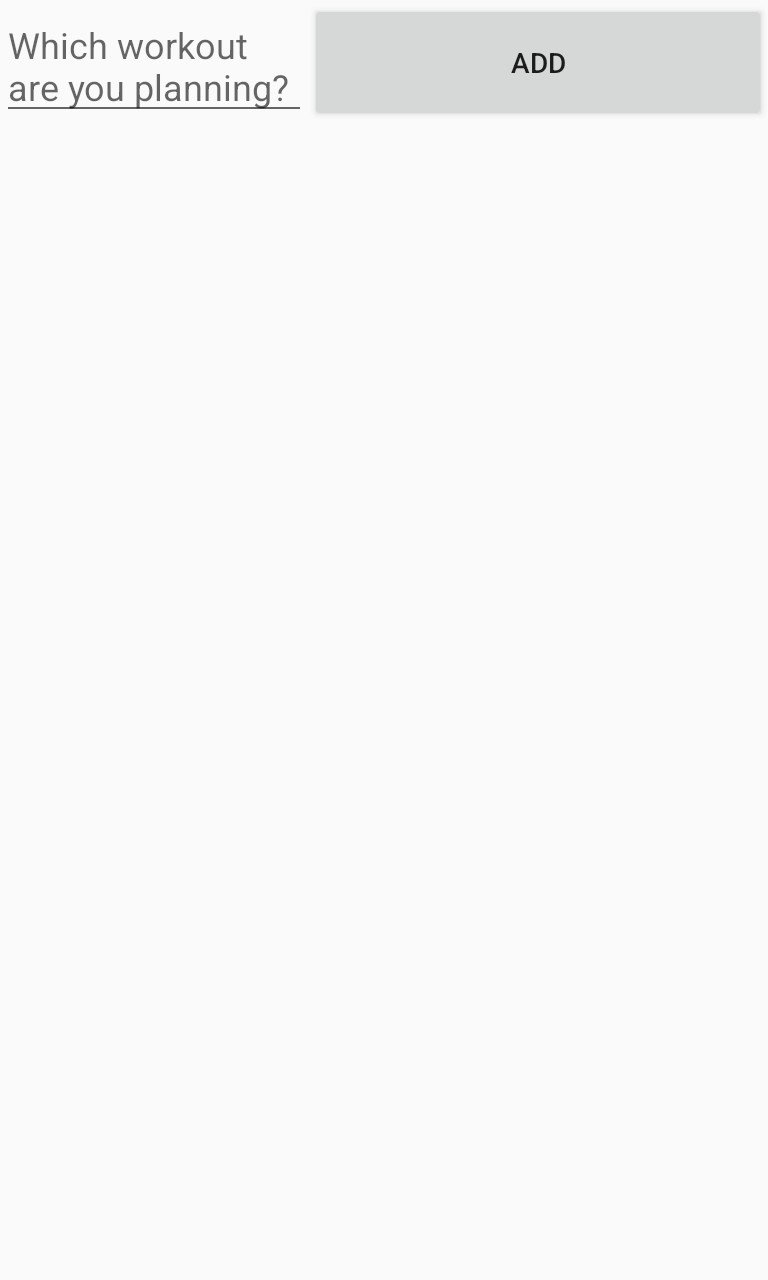
Repository: apoorvelec/AndroidApps
Layout: Gymdroid/res/layout/activity_monday.xml
An editor plug-in stored every save of this project. The layout is shown before and after the next save, followed by the edit.
It is drawn on a 768 x 1280 px phone screen (xhdpi) without system bars, with theme AppTheme; the app's code is not run.

Above is the layout before, as saved 2016-07-16 23:49:22.

After the next save:
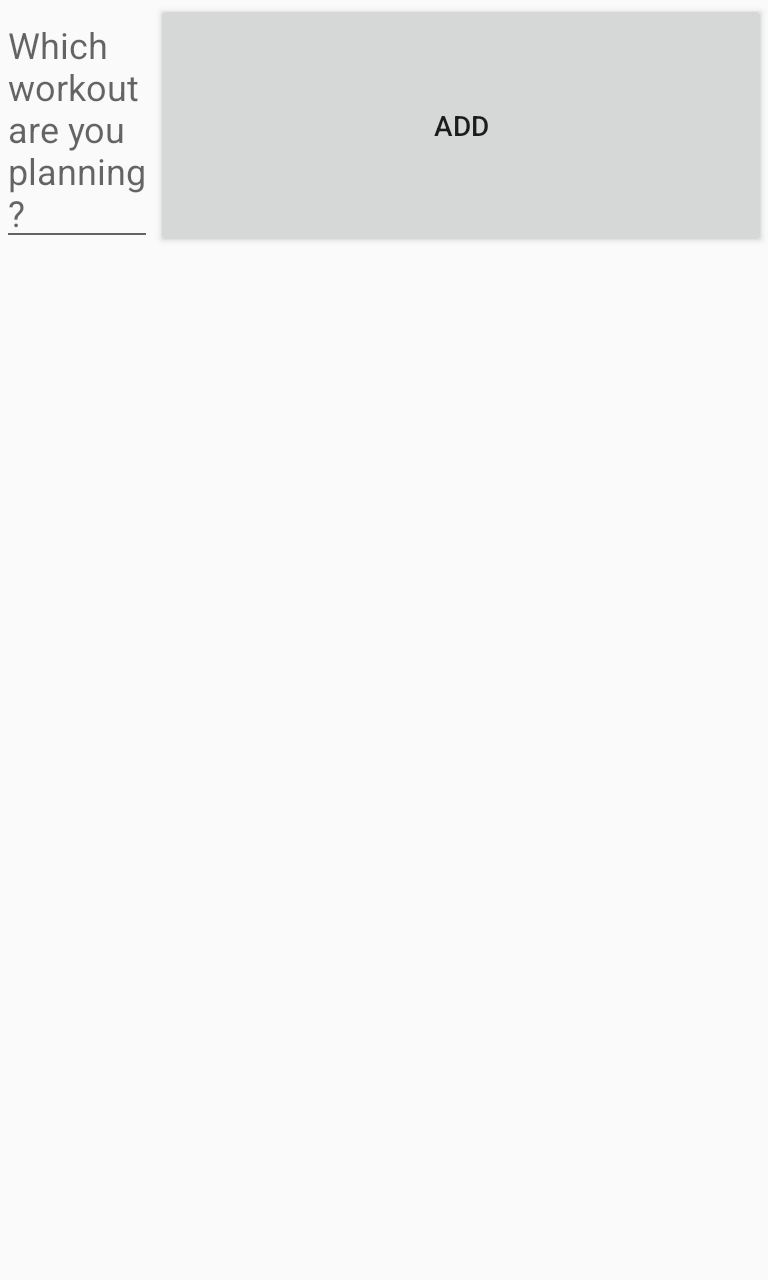
Saved 44 s later.
--- a/Gymdroid/res/layout/activity_monday.xml
+++ b/Gymdroid/res/layout/activity_monday.xml
@@ -13,14 +13,14 @@
         	android:id="@+id/monday_workout_suggestion"
         	android:layout_width="fill_parent"
         	android:layout_height="fill_parent"
-        	android:layout_weight="6"
+        	android:layout_weight="8"
         	android:focusable="true"
         	android:hint="@string/workout_suggestion_hint" />
     	<Button
     	    android:id="@+id/monday_workout_suggestion_btn"
     	    android:layout_height="fill_parent"
     	    android:layout_width="fill_parent"
-    	    android:layout_weight="4"
+    	    android:layout_weight="2"
     	    android:text="add"
     	    />
     </LinearLayout>
